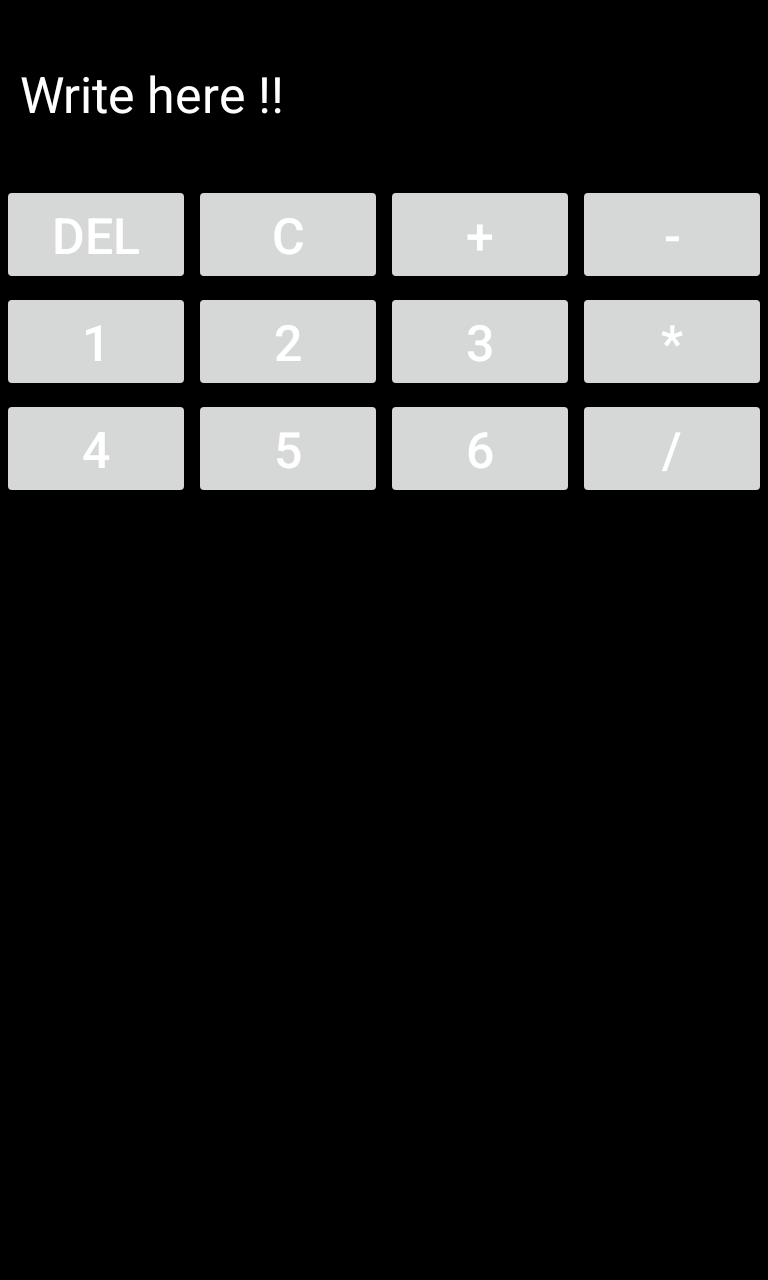
Repository: salihklc/Basic-Android
Layout: complexCalculator/res/layout/activity_main.xml
These files come from the project's save history. The layout is drawn as it stood at one moment and after the next save; the edit follows.
It is drawn on a 768 x 1280 px phone screen (xhdpi) without system bars, with theme AppTheme; the app's code is not run.

Above is the layout before, as saved 2014-10-10 13:25:54.

### complexCalculator/res/layout/activity_main.xml
<LinearLayout xmlns:android="http://schemas.android.com/apk/res/android"
    android:layout_width="match_parent"
    android:layout_height="match_parent"
    android:orientation="vertical"
    android:background="#000"
    >

<EditText
    android:layout_marginTop="20dp"
    android:layout_marginBottom="20dp"
    android:id="@+id/display"
    android:layout_width="match_parent"
    android:layout_height="wrap_content"
    android:hint=" Write here !!"
    android:textSize="25sp"
    android:textColor="#fff"
    android:textColorHint="#fff"
    />

	<LinearLayout
	    android:weightSum="100"
	    android:layout_width="match_parent"
	    android:layout_height="wrap_content"

	    >
	    <Button
	        android:layout_weight="25"
	        android:id="@+id/DEL"
	        android:layout_height="fill_parent"
	        android:text="@string/DEL"
	        android:textColor="#fff"
	        android:textSize="25sp"
	        />
	    <Button
	        android:layout_weight="25"
	        android:id="@+id/C"
	        android:layout_height="fill_parent"
	        android:text="@string/C"
	        android:textColor="#fff"
	        android:textSize="25sp"
	        />
	    <Button
	        android:layout_weight="25"
	        android:id="@+id/add"
	        android:layout_height="fill_parent"
	        android:text="@string/add"
	        android:textColor="#fff"
	        android:textSize="25sp"
	        />
	    <Button
	        android:layout_weight="25"
	        android:id="@+id/minus"
	        android:layout_height="fill_parent"
	        android:text="@string/minus"
	        android:textColor="#fff"
	        android:textSize="25sp"
	        />

	</LinearLayout>


	<LinearLayout
	    android:weightSum="100"
	    android:layout_width="match_parent"
	    android:layout_height="wrap_content"

	    >
	    <Button
	        android:layout_weight="25"
	        android:id="@+id/one"
	        android:layout_height="fill_parent"
	        android:text="@string/one"
	        android:textColor="#fff"
	        android:textSize="25sp"
	        />
	    <Button
	        android:layout_weight="25"
	        android:id="@+id/two"
	        android:layout_height="fill_parent"
	        android:text="@string/two"
	        android:textColor="#fff"
	        android:textSize="25sp"
	        />
	    <Button
	        android:layout_weight="25"
	        android:id="@+id/three"
	        android:layout_height="fill_parent"
	        android:text="@string/three"
	        android:textColor="#fff"
	        android:textSize="25sp"
	        />
	    <Button
	        android:layout_weight="25"
	        android:id="@+id/mult"
	        android:layout_height="fill_parent"
	        android:text="@string/mult"
	        android:textColor="#fff"
	        android:textSize="25sp"
	        />

	</LinearLayout>

	<LinearLayout
	    android:weightSum="100"
	    android:layout_width="match_parent"
	    android:layout_height="wrap_content"

	    >
	    <Button
	        android:layout_weight="25"
	        android:id="@+id/four"
	        android:layout_height="fill_parent"
	        android:text="@string/four"
	        android:textColor="#fff"
	        android:textSize="25sp"
	        />
	    <Button
	        android:layout_weight="25"
	        android:id="@+id/five"
	        android:layout_height="fill_parent"
	        android:text="@string/five"
	        android:textColor="#fff"
	        android:textSize="25sp"
	        />
	    <Button
	        android:layout_weight="25"
	        android:id="@+id/six"
	        android:layout_height="fill_parent"
	        android:text="@string/six"
	        android:textColor="#fff"
	        android:textSize="25sp"
	        />
	    <Button
	        android:layout_weight="25"
	        android:id="@+id/div"
	        android:layout_height="fill_parent"
	        android:text="@string/div"
	        android:textColor="#fff"
	        android:textSize="25sp"
	        />

	</LinearLayout>

	<LinearLayout
	    android:weightSum="100"
	    android:layout_width="match_parent"
	    android:layout_height="wrap_content"
    	android:orientation="vertical"
	    >

		<LinearLayout
		    android:layout_weight="25"
		    android:layout_height="fill_parent"
		    android:orientation="horizontal"
		    android:baselineAligned="False"
		    android:weightSum="100" >

		<LinearLayout
		    android:layout_weight="50"
		    android:layout_height="wrap_content"
		    android:weightSum="99" >

		    <Button
		        android:layout_weight="33"
		        android:id="@+id/seven"
		        android:layout_height="fill_parent"
		        android:text="@string/seven"
		        android:textColor="#fff"
		        android:textSize="25sp"
		        />
		    <Button
		        android:layout_weight="33"
		        android:id="@+id/eight"
		        android:layout_height="fill_parent"
		        android:text="@string/eight"
		        android:textColor="#fff"
		        android:textSize="25sp"
		        />
		    <Button
		        android:layout_weight="33"
		        android:id="@+id/nine"
		        android:layout_height="fill_parent"
		        android:text="@string/nine"
		        android:textColor="#fff"
		        android:textSize="25sp"
		        />


		</LinearLayout>

		<LinearLayout
		    android:weightSum="100"
		    android:layout_weight="50"
		    android:layout_height="wrap_content"
		    >

		    <Button
		        android:layout_weight="25"
		        android:id="@+id/dot"
		        android:layout_height="fill_parent"
		        android:text="@string/dot"
		        android:textColor="#fff"
		        android:textSize="25sp"
		        />

		    	    <Button
		        android:layout_weight="50"
		        android:id="@+id/zero"
		        android:layout_height="fill_parent"
		        android:text="@string/zero"
		        android:textColor="#fff"
		        android:textSize="25sp"
		        />


		</LinearLayout>

	</LinearLayout>
		<LinearLayout
		    android:layout_height="fill_parent"
		    android:orientation="horizontal"
		    android:baselineAligned="False"
		    android:layout_weight="75">
		    <Button
		        android:layout_width="match_parent"
		        android:id="@+id/equ"
		        android:layout_height="fill_parent"
		        android:text="@string/equ"
		        android:textColor="#fff"
		        android:textSize="25sp"
		        />
		</LinearLayout>
	</LinearLayout>

</LinearLayout>

### complexCalculator/res/values/strings.xml
<?xml version="1.0" encoding="utf-8"?>
<resources>

    <string name="app_name">complexCalculator</string>
    <string name="hello_world">Hello world!</string>
    <string name="action_settings">Settings</string>
    <string name="one">1</string>
	<string name="two">2</string>
	<string name="three">3</string>
	<string name="add">+</string>
	<string name="four">4</string>
	<string name="five">5</string>
	<string name="six">6</string>
	<string name="minus">-</string>
	<string name="seven">7</string>
	<string name="eight">8</string>
	<string name="nine">9</string>
	<string name="mult">*</string>
	<string name="zero">0</string>
	<string name="equ">=</string>
	<string name="div">/</string>
	<string name="dot">,</string>
	<string name="DEL">DEL</string>
	<string name="C">C</string>
</resources>

Loaded but not shown: complexCalculator/res/values/styles.xml (common file); complexCalculator/res/values-v11/styles.xml (common file); complexCalculator/res/values-v14/styles.xml (common file)

After the next save:
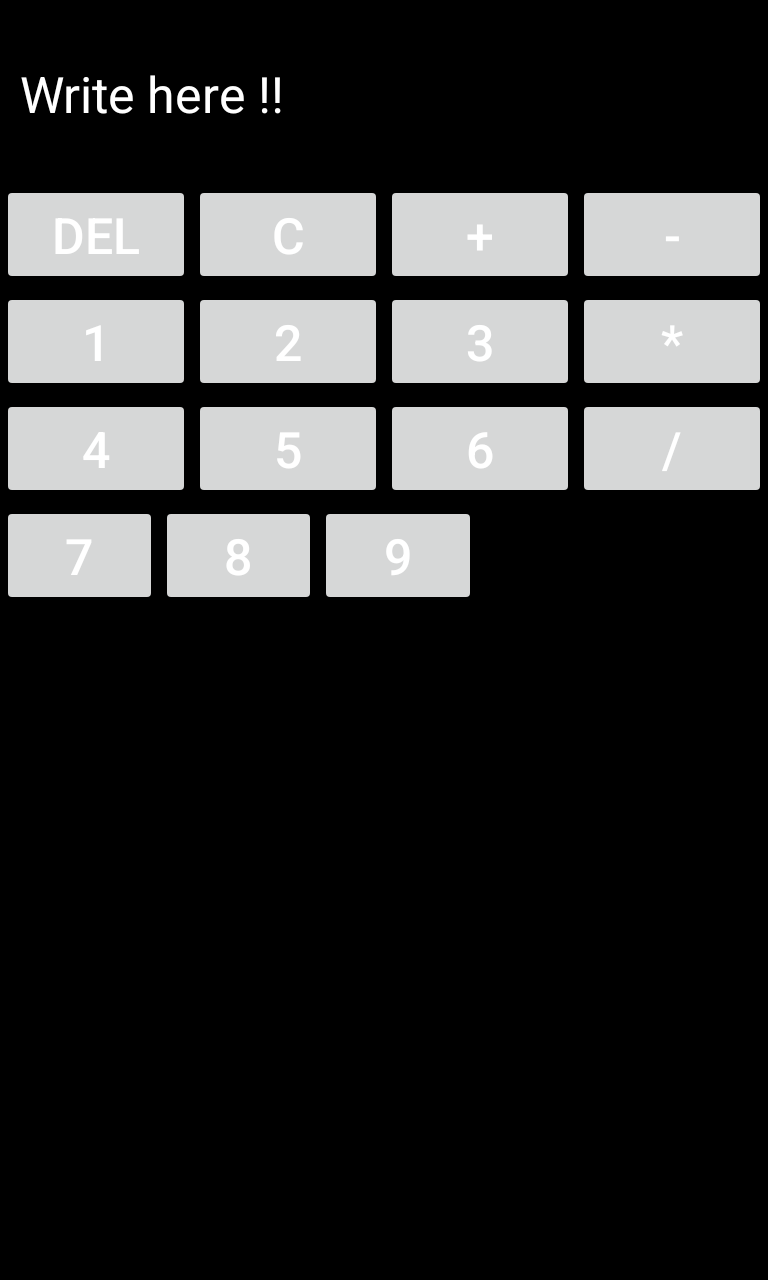
Saved 12 min 35 s later.
--- a/complexCalculator/res/layout/activity_main.xml
+++ b/complexCalculator/res/layout/activity_main.xml
@@ -3,7 +3,7 @@
     android:layout_height="match_parent"
     android:orientation="vertical"
     android:background="#000"
-    >
+    xmlns:android1="http://schemas.android.com/apk/res/android">
 
 <EditText
     android:layout_marginTop="20dp"
@@ -149,14 +149,13 @@
 	    >
 
 		<LinearLayout
-		    android:layout_weight="25"
+		    android:layout_width="237dp"
 		    android:layout_height="fill_parent"
-		    android:orientation="horizontal"
-		    android:baselineAligned="False"
-		    android:weightSum="100" >
-
-		<LinearLayout
-		    android:layout_weight="50"
+		    android:lay=""
+		    android:orientatin="horizontal" >
+
+		<LinearLayout
+		    android:layout_width="239dp"
 		    android:layout_height="wrap_content"
 		    android:weightSum="99" >
 
@@ -190,46 +189,44 @@
 
 		<LinearLayout
 		    android:weightSum="100"
-		    android:layout_weight="50"
+		    android:layout_width="match_parent"
 		    android:layout_height="wrap_content"
 		    >
 
-		    <Button
-		        android:layout_weight="25"
-		        android:id="@+id/dot"
-		        android:layout_height="fill_parent"
-		        android:text="@string/dot"
-		        android:textColor="#fff"
-		        android:textSize="25sp"
-		        />
-
-		    	    <Button
-		        android:layout_weight="50"
-		        android:id="@+id/zero"
-		        android:layout_height="fill_parent"
-		        android:text="@string/zero"
-		        android:textColor="#fff"
-		        android:textSize="25sp"
-		        />
-
+			<Button
+			    android1:id="@+id/zero"
+			    android1:layout_height="fill_parent"
+			    android1:layout_weight="50"
+			    android1:text="@string/zero"
+			    android1:textColor="#fff"
+			    android1:textSize="25sp" />
+
+			<Button
+			    android1:id="@+id/dot"
+			    android1:layout_width="0dp"
+			    android1:layout_height="fill_parent"
+			    android1:layout_weight="25"
+			    android1:text="@string/dot"
+			    android1:textColor="#fff"
+			    android1:textSize="25sp" />
 
 		</LinearLayout>
 
 	</LinearLayout>
 		<LinearLayout
-		    android:layout_height="fill_parent"
-		    android:orientation="horizontal"
-		    android:baselineAligned="False"
-		    android:layout_weight="75">
-		    <Button
-		        android:layout_width="match_parent"
-		        android:id="@+id/equ"
-		        android:layout_height="fill_parent"
-		        android:text="@string/equ"
-		        android:textColor="#fff"
-		        android:textSize="25sp"
-		        />
+		    android:layout_gravity="right"
+		    android:layout_weight="25">
+
+			<Button
+			    android1:id="@+id/equ"
+			    android1:layout_width="match_parent"
+			    android1:layout_height="108dp"
+			    android1:text="@string/equ"
+			    android1:textColor="#fff"
+			    android1:textSize="25sp" />
+
 		</LinearLayout>
+
 	</LinearLayout>
 
 </LinearLayout>

After the save that followed:
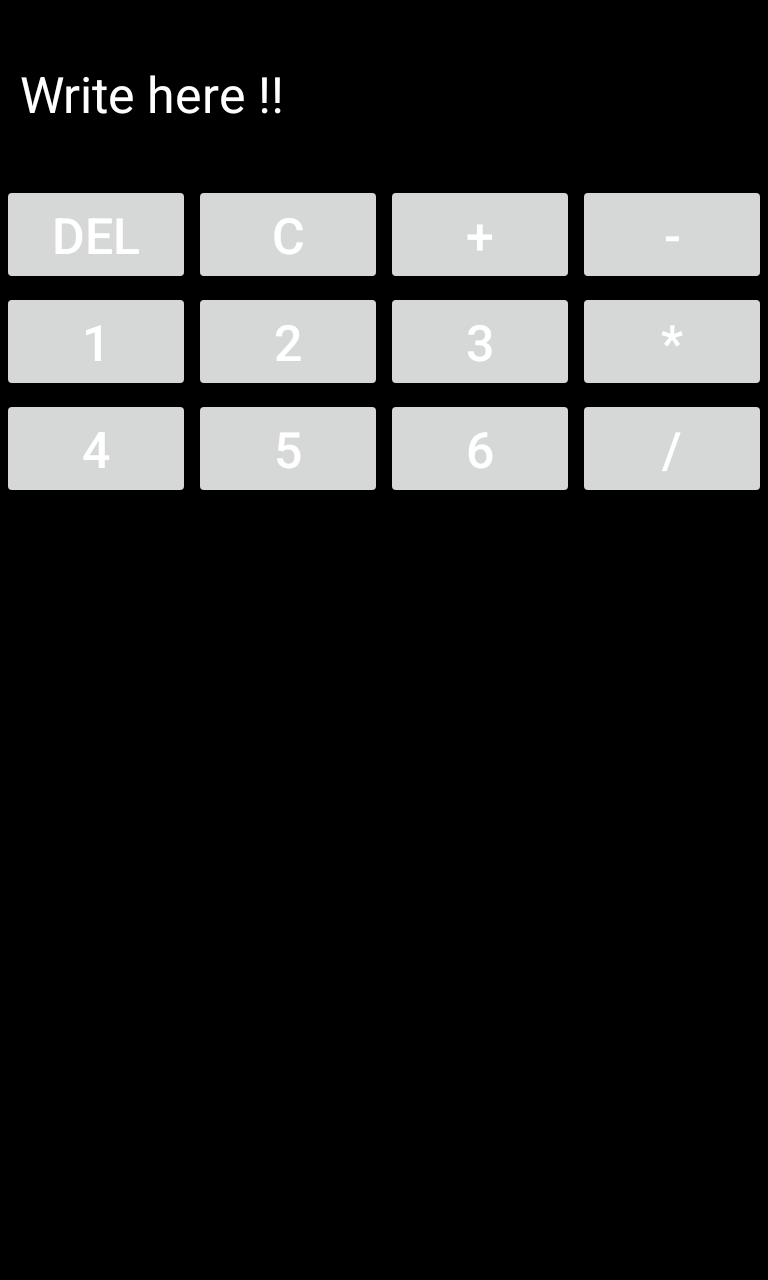
Saved 26 s later.
--- a/complexCalculator/res/layout/activity_main.xml
+++ b/complexCalculator/res/layout/activity_main.xml
@@ -145,7 +145,7 @@
 	    android:weightSum="100"
 	    android:layout_width="match_parent"
 	    android:layout_height="wrap_content"
-    	android:orientation="vertical"
+    	android:orientation="horizontal"
 	    >
 
 		<LinearLayout
